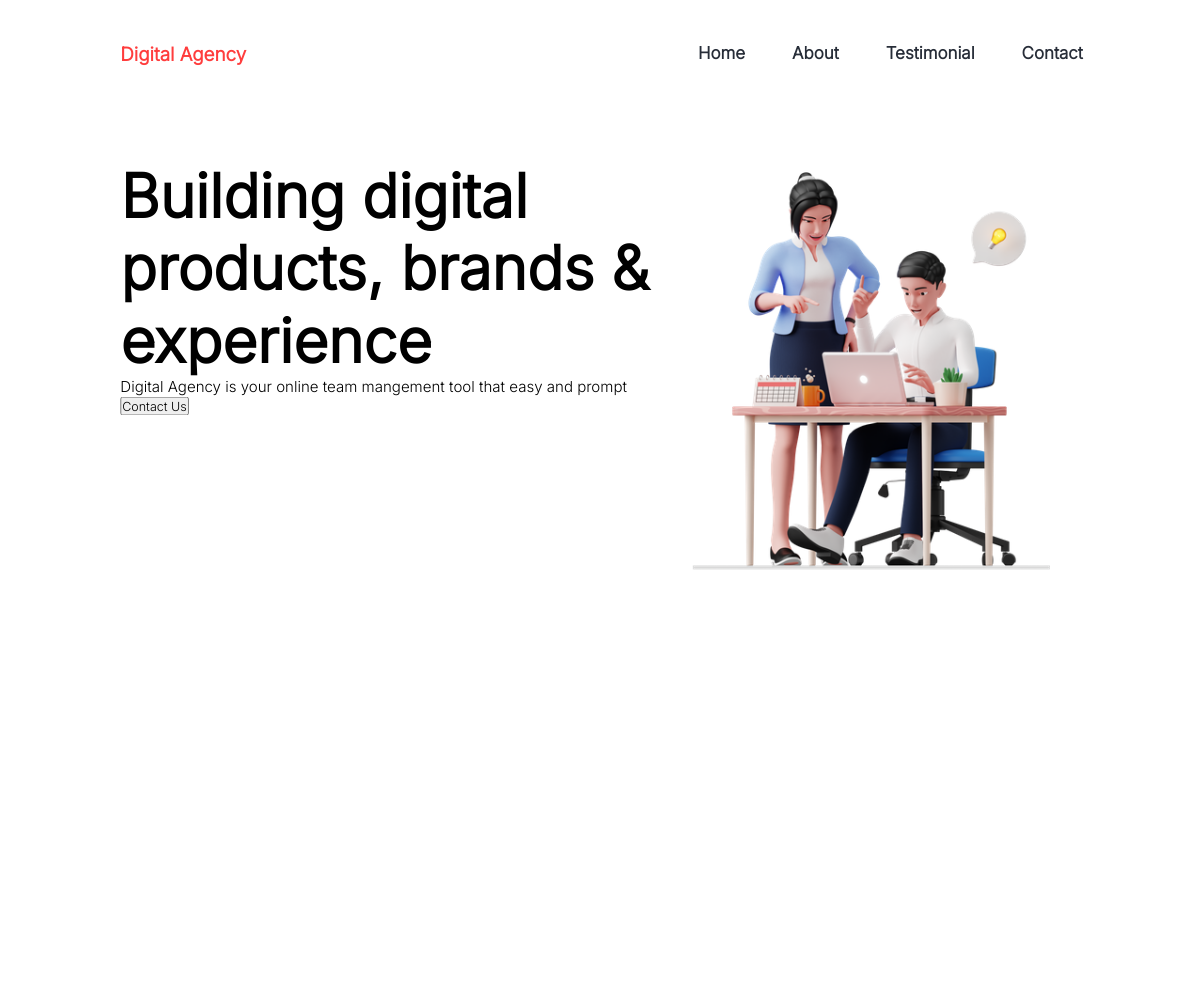
Repository: ThuatDev/fullstack_devc
Page: index.html
An editor plug-in stored every save of this project. The page is shown before and after the next save, followed by the edit.
The browser window is 1280 px wide. The pictures show the whole page, at 94% of full size.

Above is the page before, as saved 2022-11-09 16:33:18.

### index.html
<!DOCTYPE html>
<html lang="en">
  <head>
    <meta charset="UTF-8" />
    <meta http-equiv="X-UA-Compatible" content="IE=edge" />
    <meta name="viewport" content="width=device-width, initial-scale=1.0" />
    <link rel="stylesheet" href="index.css" />
    <title>Digital Agency</title>
  </head>
  <body>
    <div class="container">
      <div class="navbar">
        <div class="navbar__left">
          <p class="navbar__left-logo">Digital Agency</p>
        </div>
        <div class="navbar__right">
          <ul class="navbar__right-list">
            <li><a href="#">Home</a></li>
            <li><a href="#">About</a></li>
            <li><a href="#">Testimonial</a></li>
            <li><a href="#">Contact</a></li>
          </ul>
        </div>
      </div>

      <!-- HERO SECTION  -->
      <div class="h-section">
        <div class="h-section__left">
          <h2>Building digital products, brands & experience</h2>
          <p>
            Digital Agency is your online team mangement tool that easy and
            prompt
          </p>
          <button>Contact Us</button>
        </div>
        <div class="h-section__right">
          <img
            src="./img/business-people-discussing-business-idea.png"
            alt=""
          />
        </div>
      </div>
    </div>
  </body>
</html>

### index.css
@import url("https://fonts.googleapis.com/css2?family=Inter:wght@200;300&display=swap");
* {
  padding: 0;
  margin: 0;
  box-sizing: border-box;
  font-family: "Inter", sans-serif;
}
.container {
  width: 80%;
  height: 1000px;

  margin: 0 auto;
}

/* nav bar*/
.navbar {
  display: flex;
  justify-content: space-between;
  margin-top: 46px;
}
.navbar .navbar__left .navbar__left-logo {
  font-size: 20px;
  font-weight: 700;
  color: rgb(255, 61, 61);
  line-height: 24px;
}
.navbar > .navbar__right > .navbar__right-list {
  display: flex;
}
.navbar > .navbar__right > .navbar__right-list li {
  list-style: none;
  margin-left: 50px;
}
.navbar > .navbar__right > .navbar__right-list li > a {
  text-decoration: none;
  /* color: rgb(255, 72, 72); */
  /* padding: 10px 20px; */
  /* display: block;
   */
  font-weight: 600;
  font-size: 18px;
  color: #272d38;
}
/* Hero section */
.h-section {
  display: flex;
  justify-content: space-between;
  margin-top: 100px;
}
.h-section .h-section__left h2 {
  font-weight: 700;
  font-size: 64px;
}

After the next save:
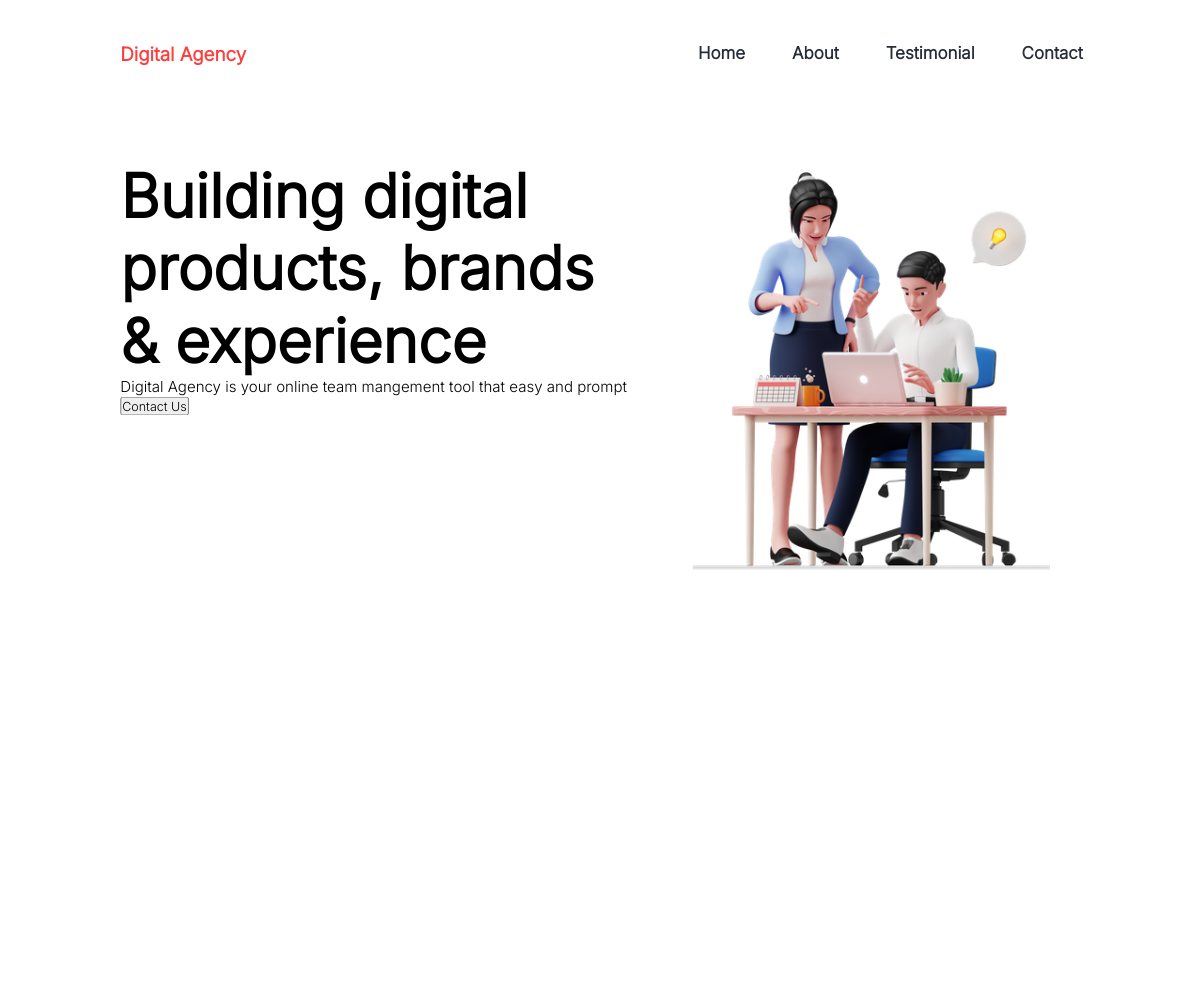
Saved 23 s later.
--- a/index.css
+++ b/index.css
@@ -50,4 +50,5 @@
 .h-section .h-section__left h2 {
   font-weight: 700;
   font-size: 64px;
+  width: 540px;
 }
